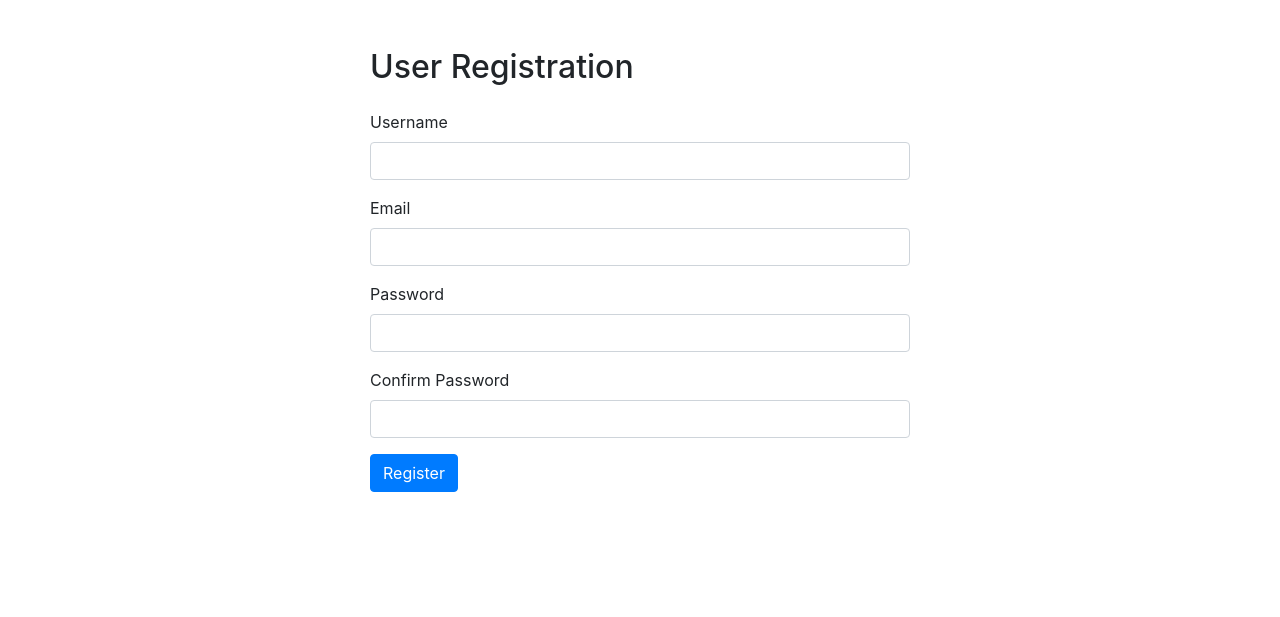
Repository: Tauqeer124/usermanagemet
Page: http://localhost/register
These files come from the project's save history. The page is drawn as it stood at one moment and after a run of saves; the edit follows.
The browser window is 1280 px wide. The pictures show the whole page.
The page is served by the project's Laravel application, run on PHP 8.4 with Laravel 8. Other server files are loaded and not shown.

Above is the page before, as saved 2023-07-24 11:55:13.

### routes/web.php
<?php

use Illuminate\Support\Facades\Route;
use App\Http\Controllers\AuthController;
use App\Http\Controllers\UserController;

/*
|--------------------------------------------------------------------------
| Web Routes
|--------------------------------------------------------------------------
|
| Here is where you can register web routes for your application. These
| routes are loaded by the RouteServiceProvider within a group which
| contains the "web" middleware group. Now create something great!
|
*/

Route::get('/', function () {
    return view('welcome');
});

Route::get('/register', [AuthController::class, 'register']);
Route::post('/register', [AuthController::class, 'registeruser'])->name('register');
Route::get('/login', [AuthController::class, 'login'])->name('login');
Route::post('/login', [AuthController::class, 'loginuser']);
Route::get('/users', [UserController::class, 'index'])->name('user.index');
Route::get('/users/{id}', [UserController::class, 'show'])->name('user.show');

### app/Http/Controllers/AuthController.php
<?php

namespace App\Http\Controllers;

use App\Models\User;
use App\Mail\WelcomeMail;
use Illuminate\Http\Request;
use Illuminate\Support\Facades\Hash;
use Illuminate\Support\Facades\Mail;

class AuthController extends Controller
{
    public function register()
    {
        return view('auth.register');
    }

    public function registeruser(Request $request)
    {
        $request->validate([
            'name' => 'required|string|max:255',
            'email' => 'required|email|unique:users',
            'password' => 'required|string|min:6',
            'phone' => 'required|string',
            'country' => 'required|string',
        ]);

        $user = User::create([
            'name' => $request->name,
            'email' => $request->email,
            'password' => Hash::make($request->password),
            'phone' => $request->phone,
            'country' => $request->country,
        ]);

        Mail::to($user->email)->send(new WelcomeMail($user)); // Send welcome email
        $request->session()->flash('success', 'You have registered successfully!');

        // Redirect back to the registration page
        return redirect()->back();


    }
}

### resources/views/auth/register.blade.php
<!DOCTYPE html>
<html>
<head>
  <title>User Registration Form</title>
  <!-- Add Bootstrap CSS -->
  <link rel="stylesheet" href="https://stackpath.bootstrapcdn.com/bootstrap/4.5.2/css/bootstrap.min.css">
</head>
<body>

<div class="container mt-5">
  <div class="row justify-content-center">
    <div class="col-md-6">
      <h2 class="mb-4">User Registration</h2>
      <form>
        <div class="form-group">
          <label for="username">Username</label>
          <input type="text" class="form-control" id="username" name="name" required>
        </div>
        <div class="form-group">
          <label for="email">Email</label>
          <input type="email" class="form-control" id="email" name="email" required>
        </div>
        <div class="form-group">
          <label for="password">Password</label>
          <input type="password" class="form-control" id="password" name="password" required>
        </div>
        <div class="form-group">
          <label for="confirm_password">Confirm Password</label>
          <input type="password" class="form-control" id="confirm_password" name="confirm_password" required>
        </div>
        <button type="submit" class="btn btn-primary">Register</button>
      </form>
    </div>
  </div>
</div>

<!-- Add Bootstrap JS and jQuery -->
<script src="https://code.jquery.com/jquery-3.5.1.slim.min.js"></script>
<script src="https://cdn.jsdelivr.net/npm/@popperjs/core@2.9.1/dist/umd/popper.min.js"></script>
<script src="https://stackpath.bootstrapcdn.com/bootstrap/4.5.2/js/bootstrap.min.js"></script>

</body>
</html>

Loaded but not shown: app/Http/Controllers/Controller.php (common file)

After the next 2 saves:
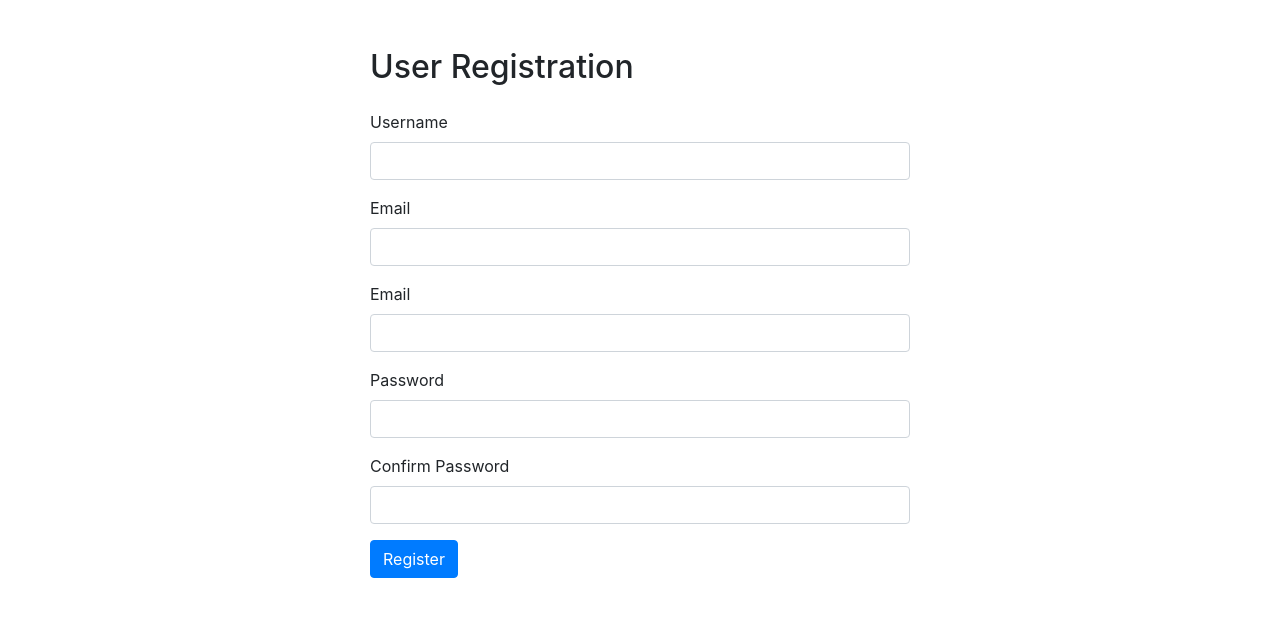
The 2 saves are shown as one change because they came seconds apart.
The last was saved 12 s later.
--- a/resources/views/auth/register.blade.php
+++ b/resources/views/auth/register.blade.php
@@ -21,6 +21,10 @@
           <input type="email" class="form-control" id="email" name="email" required>
         </div>
         <div class="form-group">
+            <label for="email">Email</label>
+            <input type="email" class="form-control" id="email" name="email" required>
+          </div>
+        <div class="form-group">
           <label for="password">Password</label>
           <input type="password" class="form-control" id="password" name="password" required>
         </div>
